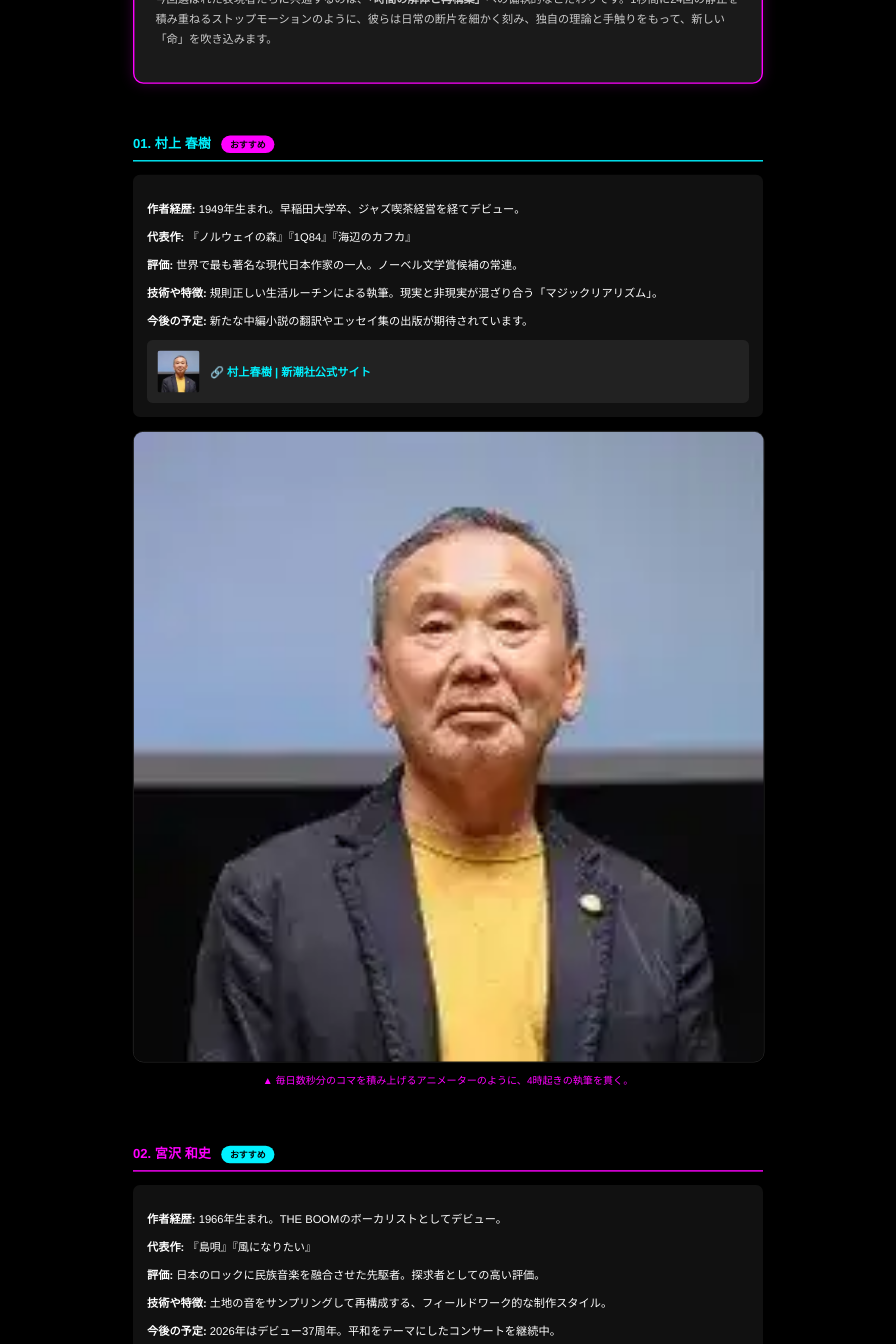
Repository: hamagoro/my-animation-site
Page: episodes/vol12.html
The author's editor kept a copy of each file at every save. The page is drawn from the files as they stood at one save, then again after the next save.
The browser window is 1280 px wide. The pictures show the part of the page from y = 1044 to 2964 px (the page is 13458 px tall before and 13940 px after), at 70% of full size.
A picture or video elsewhere on the page could not be fetched, so the positions and the page height are approximate.

Above is the page before, as saved 2026-01-31 21:20:06.

After the next save:
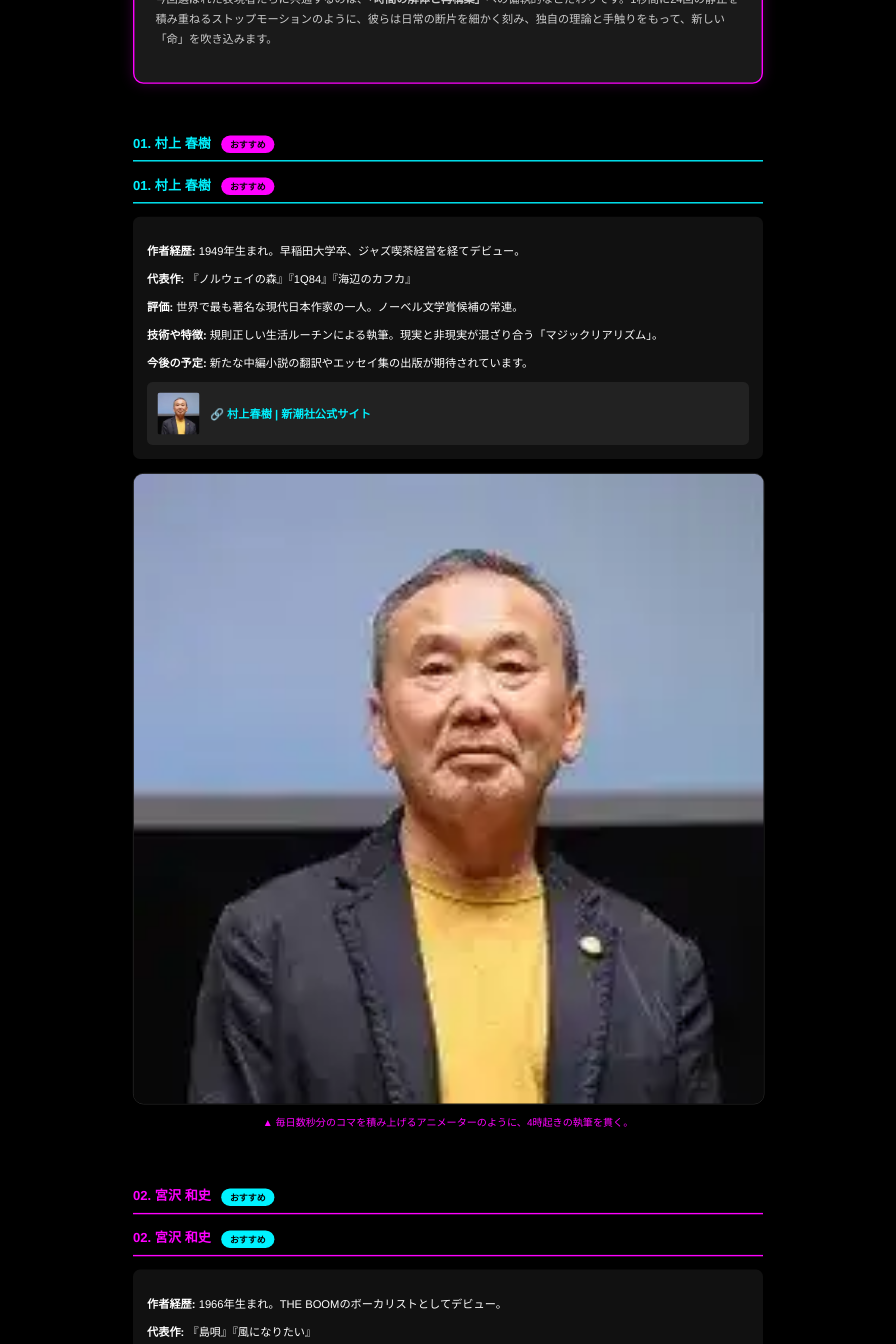
Saved 3 min 59 s later.
--- a/episodes/vol12.html
+++ b/episodes/vol12.html
@@ -74,6 +74,7 @@
 
         <section style="margin-bottom: 80px;">
             <h3 style="color: #00f2ff; border-bottom: 2px solid #00f2ff; padding-bottom: 10px;">01. 村上 春樹 <a href="vol12-osusu.html" class="recommend-btn" style="background: #ff00ff;">おすすめ</a></h3>
+            <h3 style="color: #00f2ff; border-bottom: 2px solid #00f2ff; padding-bottom: 10px;">01. 村上 春樹 <a href="vol12-osusu.html#murakami" class="recommend-btn" style="background: #ff00ff;">おすすめ</a></h3>
             <div style="background: #111; padding: 20px; border-radius: 10px; margin-bottom: 20px;">
                 <p><strong>作者経歴:</strong> 1949年生まれ。早稲田大学卒、ジャズ喫茶経営を経てデビュー。</p>
                 <p><strong>代表作:</strong> 『ノルウェイの森』『1Q84』『海辺のカフカ』</p>
@@ -95,6 +96,7 @@
 
         <section style="margin-bottom: 80px;">
             <h3 style="color: #ff00ff; border-bottom: 2px solid #ff00ff; padding-bottom: 10px;">02. 宮沢 和史 <a href="vol12-osusu.html" class="recommend-btn" style="background: #00f2ff;">おすすめ</a></h3>
+            <h3 style="color: #ff00ff; border-bottom: 2px solid #ff00ff; padding-bottom: 10px;">02. 宮沢 和史 <a href="vol12-osusu.html#miyazawa" class="recommend-btn" style="background: #00f2ff;">おすすめ</a></h3>
             <div style="background: #111; padding: 20px; border-radius: 10px; margin-bottom: 20px;">
                 <p><strong>作者経歴:</strong> 1966年生まれ。THE BOOMのボーカリストとしてデビュー。</p>
                 <p><strong>代表作:</strong> 『島唄』『風になりたい』</p>
@@ -116,6 +118,7 @@
 
         <section style="margin-bottom: 80px;">
             <h3 style="color: #00f2ff; border-bottom: 2px solid #00f2ff; padding-bottom: 10px;">03. ウディ・アレン <a href="vol12-osusu.html" class="recommend-btn" style="background: #ff00ff;">おすすめ</a></h3>
+            <h3 style="color: #00f2ff; border-bottom: 2px solid #00f2ff; padding-bottom: 10px;">03. ウディ・アレン <a href="vol12-osusu.html#woody" class="recommend-btn" style="background: #ff00ff;">おすすめ</a></h3>
             <div style="background: #111; padding: 20px; border-radius: 10px; margin-bottom: 20px;">
                 <p><strong>作者経歴:</strong> 1935年生まれ。コメディライターを経て映画監督へ。</p>
                 <p><strong>代表作:</strong> 『アニー・ホール』『ミッドナイト・イン・パリ』</p>
@@ -137,6 +140,7 @@
 
         <section style="margin-bottom: 80px;">
             <h3 style="color: #ff00ff; border-bottom: 2px solid #ff00ff; padding-bottom: 10px;">04. の子 <a href="vol12-osusu.html" class="recommend-btn" style="background: #00f2ff;">おすすめ</a></h3>
+            <h3 style="color: #ff00ff; border-bottom: 2px solid #ff00ff; padding-bottom: 10px;">04. の子 <a href="vol12-osusu.html#noko" class="recommend-btn" style="background: #00f2ff;">おすすめ</a></h3>
             <div style="background: #111; padding: 20px; border-radius: 10px; margin-bottom: 20px;">
                 <p><strong>作者経歴:</strong> 千葉県出身。ニコニコ動画等でカルト的な人気を博し、2008年結成。</p>
                 <p><strong>代表作:</strong> 『ロックンロールは鳴り止まないっ』『僕の戦争』</p>
@@ -172,6 +176,7 @@
 
         <section style="margin-bottom: 80px;">
             <h3 style="color: #00f2ff; border-bottom: 2px solid #00f2ff; padding-bottom: 10px;">05. マキシマムザ亮君 <a href="vol12-osusu.html" class="recommend-btn" style="background: #ff00ff;">おすすめ</a></h3>
+            <h3 style="color: #00f2ff; border-bottom: 2px solid #00f2ff; padding-bottom: 10px;">05. マキシマムザ亮君 <a href="vol12-osusu.html#ryokun" class="recommend-btn" style="background: #ff00ff;">おすすめ</a></h3>
             <div style="background: #111; padding: 20px; border-radius: 10px; margin-bottom: 20px;">
                 <p><strong>作者経歴:</strong> マキシマム ザ ホルモンの全ての楽曲を手掛ける司令塔。</p>
                 <p><strong>代表作:</strong> 『恋のメガラバ』『予襲復讐』</p>
@@ -199,6 +204,7 @@
 
         <section style="margin-bottom: 80px;">
             <h3 style="color: #ff00ff; border-bottom: 2px solid #ff00ff; padding-bottom: 10px;">06. 平田 オリザ <a href="vol12-osusu.html" class="recommend-btn" style="background: #00f2ff;">おすすめ</a></h3>
+            <h3 style="color: #ff00ff; border-bottom: 2px solid #ff00ff; padding-bottom: 10px;">06. 平田 オリザ <a href="vol12-osusu.html#oriza" class="recommend-btn" style="background: #00f2ff;">おすすめ</a></h3>
             <div style="background: #111; padding: 20px; border-radius: 10px; margin-bottom: 20px;">
                 <p><strong>作者経歴:</strong> 1962年生まれ。劇団「青年団」主宰。</p>
                 <p><strong>代表作:</strong> 『東京ノート』『さよならだけが人生か』</p>
@@ -220,6 +226,7 @@
 
         <section style="margin-bottom: 80px;">
             <h3 style="color: #00f2ff; border-bottom: 2px solid #00f2ff; padding-bottom: 10px;">07. 宇多丸 <a href="vol12-osusu.html" class="recommend-btn" style="background: #ff00ff;">おすすめ</a></h3>
+            <h3 style="color: #00f2ff; border-bottom: 2px solid #00f2ff; padding-bottom: 10px;">07. 宇多丸 <a href="vol12-osusu.html#utamaru" class="recommend-btn" style="background: #ff00ff;">おすすめ</a></h3>
             <div style="background: #111; padding: 20px; border-radius: 10px; margin-bottom: 20px;">
                 <p><strong>作者経歴:</strong> 1969年生まれ。RHYMESTERのラッパーであり、映画評論家。</p>
                 <p><strong>代表作:</strong> 『B-BOYイズム』、ラジオ番組『アフター6ジャンクション 2』</p>
@@ -241,6 +248,7 @@
 
         <section style="margin-bottom: 80px;">
             <h3 style="color: #ff00ff; border-bottom: 2px solid #ff00ff; padding-bottom: 10px;">08. 村田 沙也加 <a href="vol12-osusu.html" class="recommend-btn" style="background: #00f2ff;">おすすめ</a></h3>
+            <h3 style="color: #ff00ff; border-bottom: 2px solid #ff00ff; padding-bottom: 10px;">08. 村田 沙也加 <a href="vol12-osusu.html#murata" class="recommend-btn" style="background: #00f2ff;">おすすめ</a></h3>
             <div style="background: #111; padding: 20px; border-radius: 10px; margin-bottom: 20px;">
                 <p><strong>作者経歴:</strong> 1979年生まれ。2016年『コンビニ人間』で芥川賞受賞。</p>
                 <p><strong>代表作:</strong> 『コンビニ人間』『地球星人』</p>
